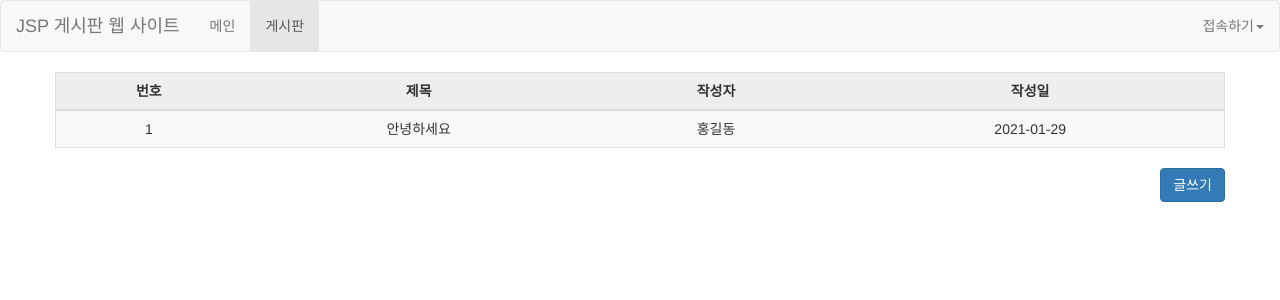
Repository: tykwon97/JSP
Page: http://localhost/BBS/view.jsp
The author's editor kept a copy of each file at every save. The page is drawn from the files as they stood at one save, then again after the next save.
The browser window is 1280 px wide. The pictures show the whole page.
Some web libraries are served in a nearby version. The page is served by Tomcat 9. Other server files are loaded and not shown.

Above is the page before, as saved 2021-01-28 15:35:38.

### projects/BBS/WebContent/view.jsp
<%@ page language="java" contentType="text/html; charset=UTF-8"
	pageEncoding="UTF-8"%>
<%@ page import="java.io.PrintWriter"%>
<!-- 라이브러리를 불러오기 위함 -->
<!DOCTYPE html>
<html>
<head>
<meta http-equiv="Content-Type" content="text/html ; charset=UTF-8">
<meta name="viewport" content="width=device-width" , initial-scale="1">
<link rel="stylesheet" href="css/bootstrap.css">
<title>JSP 게시판 웹 사이트</title>
</head>
<body>
	<%
		String userID = null;
	if (session.getAttribute("userID") != null) {
		userID = (String) session.getAttribute("userID");
	}
	%>
	<nav class="navbar navbar-default">
		<div class="navbar-header">
			<button type="button" class="navbar-toggle collapsed"
				data-toggle="collapse" data-target="#bs-example-navbar-collapse-1"
				aria-expanded="false">
				<span class="icon-bar"></span> <span class="icon-bar"></span> <span
					class="icon-bar"></span>
			</button>
			<a class="navbar-brand" href="main.jsp">JSP 게시판 웹 사이트</a>
		</div>
		<div class="collapse navbar-collapse"
			id="bs-example-navbar-collapse-1">
			<ul class="nav navbar-nav">
				<li><a href="main.jsp">메인</a></li>
				<li class="active"><a href="bbs.jsp">게시판</a></li>	<!-- class="active" : 현재 선택이 됨 -->
			</ul>
			<%
				if (userID == null) {
			%>
			<ul class="nav navbar-nav navbar-right">
				<li class="dropdown"><a href="#" class="dropdown-toggle"
					data-toggle="dropdown" role="button" aria-haspopup="true"
					aria-expanded="false"> 접속하기<span class="caret"></span></a> <!-- 아이콘 -->
					<ul class="dropdown-menu">
						<li><a href="login.jsp">로그인</a></li>
						<li><a href="join.jsp">회원가입</a></li>
					</ul></li>
			</ul>
			<%
				} else { //로그인 되어 있는 사람
			%>
			<ul class="nav navbar-nav navbar-right">
				<li class="dropdown"><a href="#" class="dropdown-toggle"
					data-toggle="dropdown" role="button" aria-haspopup="true"
					aria-expanded="false"> 회원관리<span class="caret"></span></a> <!-- 아이콘 -->
					<ul class="dropdown-menu">
						<li><a href="logoutAction.jsp">로그아웃</a></li>
					</ul></li>
			</ul>
			<%
				}
			%>
		</div>
	</nav>

	<!--  게시판 화면 넣어주기 -->
	<div class="container">
		<div class="row">
			<table class="table table-striped" style="text-align: center; border :1px solid #dddddd">
			<!-- table table-striped 줄별로 보기 좋게 음영처리 -->
				<thead> <!-- 테이블의 제목 -->
					<tr> <!-- 테이블의 하나의 행(한 줄) -->
						<th style="background-color : #eeeeee; text-align:center;">번호</th> <!-- 한 개의 속성 -->
						<th style="background-color : #eeeeee; text-align:center;">제목</th>
						<th style="background-color : #eeeeee; text-align:center;">작성자</th>
						<th style="background-color : #eeeeee; text-align:center;">작성일</th>
					</tr>
				</thead>
				<tbody>
					<td>1</td>
					<td>안녕하세요</td>
					<td>홍길동</td>
					<td>2021-01-29</td>
				</tbody>
			</table>
			<a href="write.jsp" class="btn btn-primary pull-right">글쓰기</a>
		</div>
	</div>



	<script src="https://code.jquery.com/jquery-3.1.1.min.js"></script>
	<script src="js/bootstrap.js"></script>
</body>
</html>

Loaded but not shown: projects/BBS/WebContent/css/bootstrap.css (library); projects/BBS/WebContent/js/bootstrap.js (library)

After the next save:
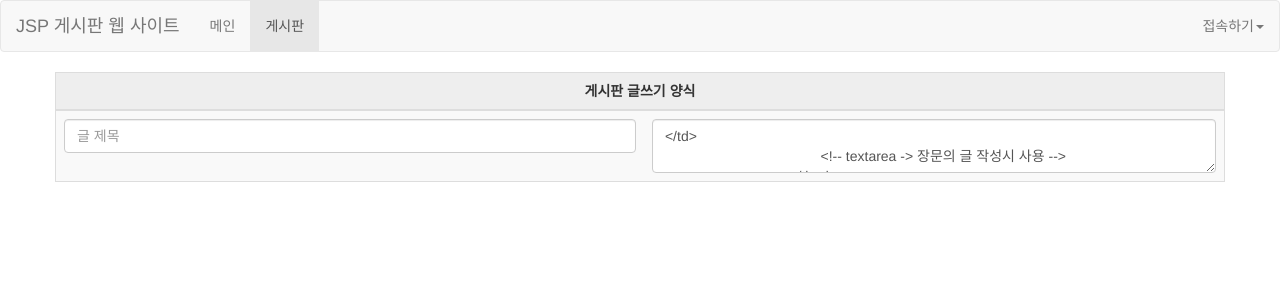
Saved 5 min 6 s later.
--- a/projects/BBS/WebContent/view.jsp
+++ b/projects/BBS/WebContent/view.jsp
@@ -69,17 +69,14 @@
 			<!-- table table-striped 줄별로 보기 좋게 음영처리 -->
 				<thead> <!-- 테이블의 제목 -->
 					<tr> <!-- 테이블의 하나의 행(한 줄) -->
-						<th style="background-color : #eeeeee; text-align:center;">번호</th> <!-- 한 개의 속성 -->
-						<th style="background-color : #eeeeee; text-align:center;">제목</th>
-						<th style="background-color : #eeeeee; text-align:center;">작성자</th>
-						<th style="background-color : #eeeeee; text-align:center;">작성일</th>
+						<th colspan="2" style="background-color : #eeeeee; text-align:center;">게시판 글쓰기 양식</th>
+						<!-- colspan="2" 2개 만큼의 열 차지 -->
 					</tr>
 				</thead>
 				<tbody>
-					<td>1</td>
-					<td>안녕하세요</td>
-					<td>홍길동</td>
-					<td>2021-01-29</td>
+					<td><input type="text" class="form-control" placeholder="글 제목" name="bbsTitle" maxlength="50"></td>
+					<td><textarea type="text" class="form-control" placeholder="글 제목" name="bbsTitle" maxlength="50"></td>
+					<!-- textarea -> 장문의 글 작성시 사용 -->
 				</tbody>
 			</table>
 			<a href="write.jsp" class="btn btn-primary pull-right">글쓰기</a>
